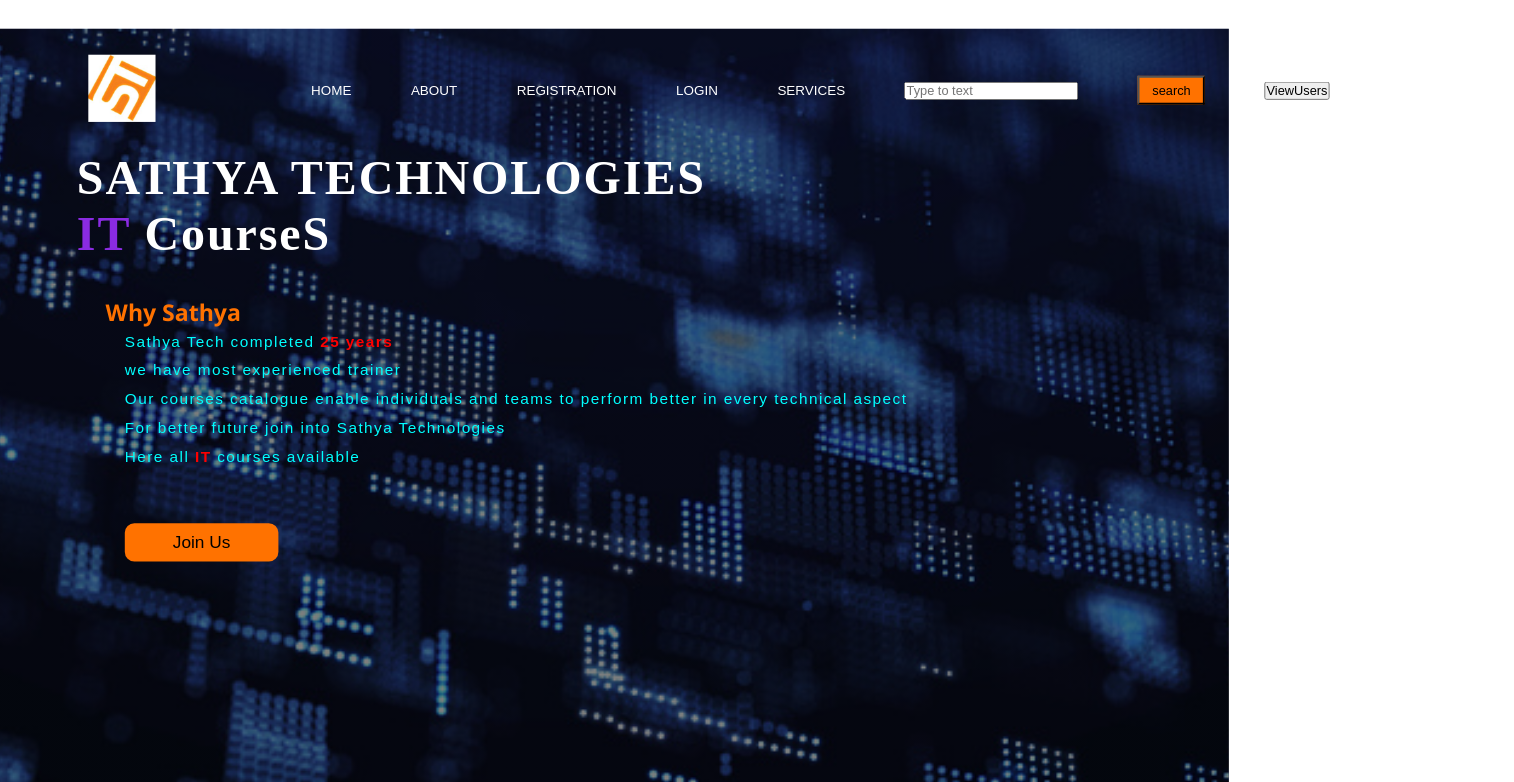
Repository: sainath0323/Website-design-using-J2EE
Page: AdvanceJavaApplication/src/main/webapp/index.html
The author's editor kept a copy of each file at every save. The page is drawn from the files as they stood at one save, then again after the next save.
The browser window is 1280 px wide. The page is 1385 px wide, then 1577 px, so the pictures cover 1577 px, including what lies to the right of the window. The pictures show the whole page, at 96% of full size.

Above is the page before, as saved 2023-04-28 09:18:06.

### AdvanceJavaApplication/src/main/webapp/index.html
<!DOCTYPE html>
<html lang="en">
<head>

<title>Sathya</title>
<link rel="stylesheet" href="index.css">
</head>
<body>
	<div class="main">
		<div class="navbar">

			<div class="menu">
				<ul>
					<li><img src="logo.jpeg" alt="sathya"></li>
					<li><a href="index.html">HOME</a></li>
					<li><a href="">ABOUT</a></li>
					<li><a href="Registration.html">REGISTRATION</a></li>
					<li><a href="login.html">LOGIN</a></li>
					<li><a href="#">SERVICES</a></li>
					<li><input type="search" name="" placeholder="Type to text"></li>
					<li><a href="#"><button class="btn">search</button></a></li>
					<li> 	<a href="ViewServlet"><button class="cn">ViewUsers</button></a></li>
				</ul>



			</div>
			<br>

			<div class="content">
				<h1>
					SATHYA TECHNOLOGIES<br> <span style="color: blueviolet;">IT</span>
					CourseS
				</h1>
				<br> <br>
				<h2>Why Sathya</h2>
				<p>
					Sathya Tech completed <b style="color: red;">25 years</b> <br>we
					have most experienced trainer <br> Our courses catalogue
					enable individuals and teams to perform better in every technical
					aspect <br>For better future join into Sathya Technologies <br>
					Here all <b style="color: red;">IT</b> courses available
				</p>
				<br> <br> <br>
				<a href="#"><button class="cn">Join Us</button></a>
			</div>

		</div>
	</div>
</body>
</html>

### AdvanceJavaApplication/src/main/webapp/index.css
*{
    margin: 0;
    padding: 0;
}

.main{
    width: 100%;
    background:linear-gradient(to top,rgba(0,0,0,0.5)50%,rgba(0,0,0,0.5)50%),url(websiteimage.jpg)50%;
    background-position: center;
    background-size: cover;
    height: 109vh;
}

.navbar{
    width: 1200px;
    height: 20px;
    margin: 30px;
}


.menu{
width: 400px;
float: left;
height: 70px;
}

ul{
    float: left;
    display: flex;
    justify-content: center;
    align-items: center;
}
ul li{
    list-style: none;
    margin-left: 62px;
    margin-top: 27px;
    font-size: 14px;

}
ul li img{
    height: 70px;
    margin-top: 0%;
    padding-right:100px;
    padding: left 5px;;
}
ul li a{
    text-decoration: none;
    color: #fff;
    font-family: Arial;
    transition: 0.4s ease-in-out;

}
ul li a .btn{
    background-color:#ff7200;
    height: 30px;
    width: 70px;
}

ul li a:hover{
    color: orange;
}
.content{
    width: 1200px;
    height: auto;
    margin: auto;
    color: #fff;
    position: relative;

}
.content p{
    color: aqua;
    padding-left:100px;
    font-family: Arial;
    letter-spacing: 1.5px;
    line-height: 30px;

}
.content h1{
    font-family: 'Times New Roman';
    font-size: 50px;
    padding-left: 50px;
    margin-top: 9%;
    letter-spacing: 2px;
}
.content h2{
    padding-left:  80px;
 color: #ff7200;
 font-family:'Segoe UI', Tahoma, Geneva, Verdana, sans-serif ;

}
.content .cn{
    width: 160px;
    height: 40px;
    background:#ff7200;
    border: none;
    margin-bottom: 10px;
    margin-left: 100px;
    font-size: 18px;
    border-radius: 10px;
    cursor: pointer;

}
.conntent.cn a{
    text-decoration: none;
    color: #000;
    transition: .3s ease;
}
.cn:hover{
    background-color: #fff;
}
.conntent span{
    color: #ff7200;
    font-size: 60px;

}
.main2{
    width: 100%;
    background:linear-gradient(to top,rgba(0,0,0,0.5)50%,rgba(0,0,0,0.5)50%),url(logo.jpeg)50%;
    background-position: center;
    background-size: cover;
    height: 109vh;
}
.navbar{
    width: 1200px;
    height: 20px;
    margin: 30px;
}

After the next save:
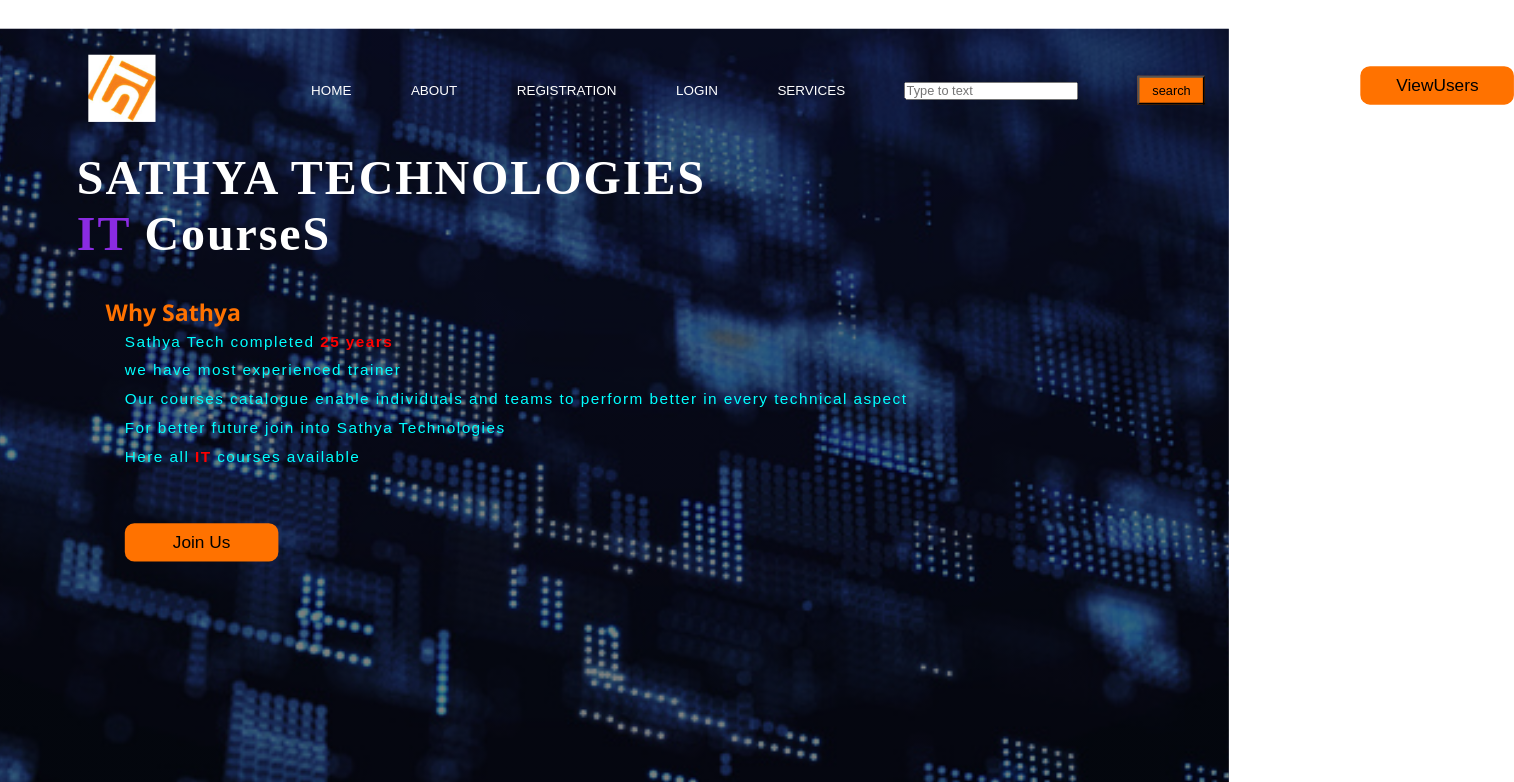
Saved 59 s later.
--- a/AdvanceJavaApplication/src/main/webapp/index.html
+++ b/AdvanceJavaApplication/src/main/webapp/index.html
@@ -19,7 +19,7 @@
 					<li><a href="#">SERVICES</a></li>
 					<li><input type="search" name="" placeholder="Type to text"></li>
 					<li><a href="#"><button class="btn">search</button></a></li>
-					<li> 	<a href="ViewServlet"><button class="cn">ViewUsers</button></a></li>
+					<li> 	<a href="ViewServlet"  class="content"><button class="cn">ViewUsers</button></a></li>
 				</ul>
 
 
